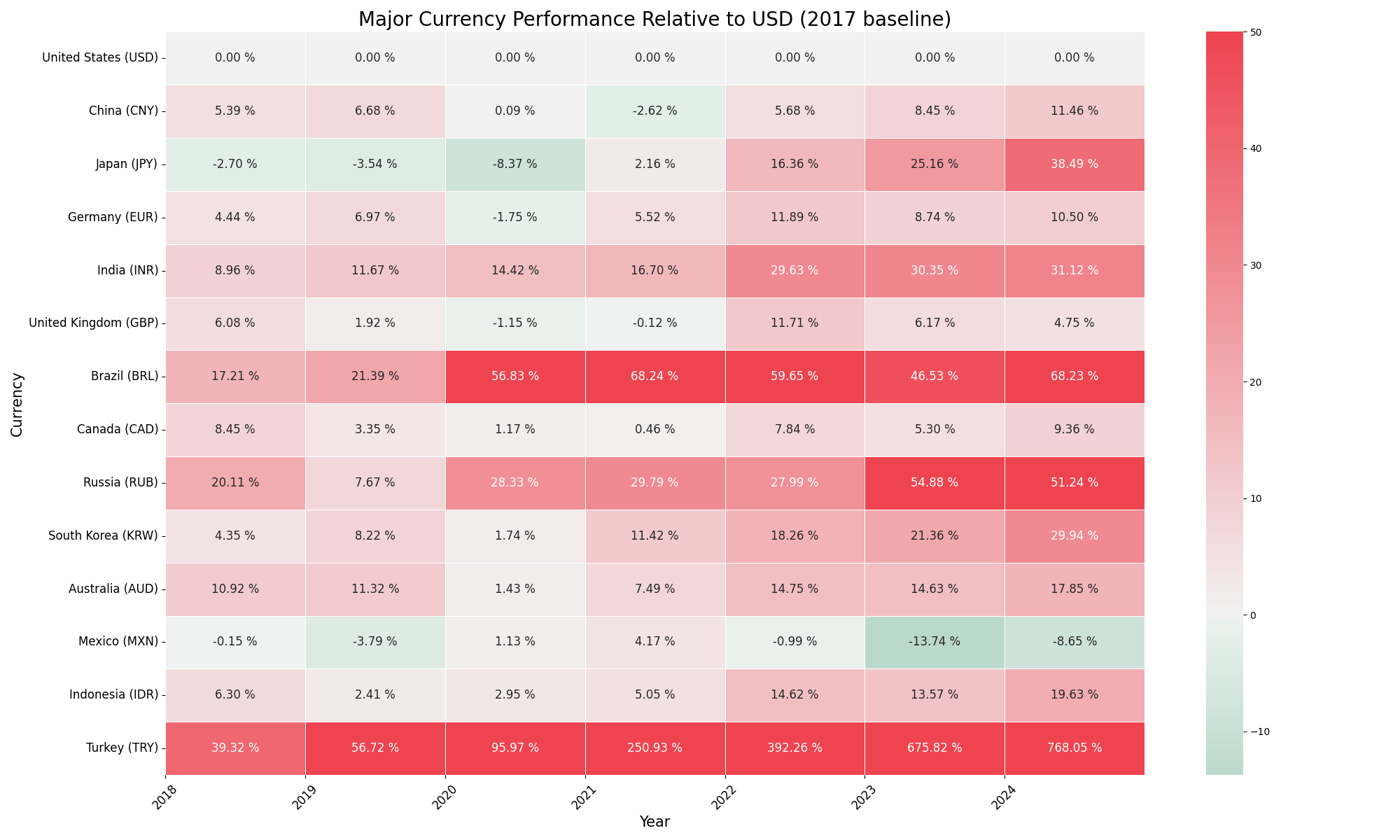
Repository: Lukeshirley/Global_Currencies_vs_USD
Script's output: python visualize_data.py
These files come from the project's save history. The script's output is drawn as it stood at one moment and after the next save; the edit follows.
Figures wider than 1,400 px are first shrunk to that width. Random numbers start from a fixed seed.

Above is the script's output before, as saved 2024-07-23 08:48:53.

### visualize_data.py
import pandas as pd
import seaborn as sns
import matplotlib.pyplot as plt

def format_for_heatmap(value):
    try:
        return float(value.replace('%', ''))
    except:
        return 0

def visualize_performance():
    df = pd.read_csv('currency_performance.csv')

    # List of top 15 countries by GDP and their currencies
    major_currencies = {
        'USD': 'United States',
        'CNY': 'China',
        'JPY': 'Japan',
        'EUR': 'Germany',
        'INR': 'India',
        'GBP': 'United Kingdom',
        'BRL': 'Brazil',
        'CAD': 'Canada',
        'RUB': 'Russia',
        'KRW': 'South Korea',
        'AUD': 'Australia',
        'MXN': 'Mexico',
        'IDR': 'Indonesia',
        'TRY': 'Turkey'
    }

    # Ensure the DataFrame is using the correct index
    df.set_index('currency', inplace=True)

    # Filter only those currencies that are available in the dataset
    available_major_currencies = {k: v for k, v in major_currencies.items() if k in df.columns}

    # Filter the DataFrame to include only the major currencies
    df_filtered = df[available_major_currencies.keys()]

    # Rename the columns to include country names
    df_filtered.columns = [f"{country} ({currency})" for currency, country in available_major_currencies.items()]

    # Transpose the DataFrame for proper visualization
    df_filtered = df_filtered.T

    # Convert the percentage values for heatmap visualization
    df_filtered_values = df_filtered.applymap(format_for_heatmap)

    plt.figure(figsize=(20, 12))
    cmap = sns.diverging_palette(150, 10, s=80, l=55, n=9, as_cmap=True)  # Green and Red
    sns.heatmap(df_filtered_values, annot=df_filtered, cmap=cmap, fmt="", linewidths=.5, cbar=True, annot_kws={"size": 12}, center=0, vmax=50)
    plt.title('Major Currency Performance Relative to USD (2017 baseline)', fontsize=20)
    plt.xlabel('Year', fontsize=15)
    plt.ylabel('Currency', fontsize=15)
    plt.xticks(ticks=range(len(df_filtered.columns)), labels=[d[:4] for d in df_filtered.columns], rotation=45, fontsize=12)
    plt.yticks(fontsize=12)
    plt.tight_layout()
    plt.savefig('major_currency_performance_matrix.png', dpi=300)
    plt.show()

def main():
    visualize_performance()

if __name__ == "__main__":
    main()

### currency_performance.csv
currency,AED,AFN,ALL,AMD,ANG,AOA,ARS,AUD,AWG,AZN,BAM,BBD,BDT,BGN,BHD,BIF,BMD,BND,BOB,BRL,BSD,BTC,BTN,BWP,BYN,BZD,CAD,CDF,CHF,CLF,CLP,CNH,CNY,COP,CRC,CUC,CUP,CVE,CZK,DJF,DKK,DOP,DZD,EGP,ERN,ETB,EUR,FJD,FKP,GBP,GEL,GGP,GHS,GIP,GMD,GNF,GTQ,GYD,HKD,HNL,HRK,HTG,HUF,IDR,ILS,IMP,INR,IQD,IRR,ISK,JEP,JMD,JOD,JPY,KES,KGS,KHR,KMF,KPW,KRW,KWD,KYD,KZT,LAK,LBP,LKR,LRD,LSL,LYD,MAD,MDL,MGA,MKD,MMK,MNT,MOP,MRO,MRU,MUR,MVR,MWK,MXN,MYR,MZN,NAD,NGN,NIO,NOK,NPR,NZD,OMR,PAB,PEN,PGK,PHP,PKR,PLN,PYG,QAR,RON,RSD,RUB,RWF,SAR,SBD,SCR,SDG,SEK,SGD,SHP,SLL,SOS,SRD,SSP,STD,STN,SVC,SYP,SZL,THB,TJS,TMT,TND,TOP,TRY,TTD,TWD,TZS,UAH,UGX,USD,UYU,UZS,VEF,VES,VND,VUV,WST,XAF,XAG,XAU,XCD,XDR,XOF,XPD,XPF,XPT,YER,ZAR,ZMW,ZWL
2018-12-31,-0.00 %,8.54 %,-2.59 %,0.46 %,-0.37 %,85.99 %,96.38 %,10.92 %,0.56 %,0.15 %,4.86 %,0.00 %,1.18 %,4.86 %,0.03 %,2.32 %,0.00 %,18.14 %,-0.17 %,17.21 %,0.00 %,274.37 %,9.47 %,9.15 %,9.64 %,0.48 %,8.45 %,2.64 %,1.17 %,5.05 %,12.86 %,5.52 %,5.39 %,8.40 %,6.96 %,0.00 %,0.98 %,4.73 %,5.36 %,-0.31 %,4.96 %,4.62 %,3.04 %,0.60 %,-1.58 %,3.32 %,4.44 %,5.06 %,6.08 %,6.08 %,3.30 %,6.08 %,7.18 %,6.08 %,3.75 %,1.48 %,5.33 %,1.33 %,0.22 %,3.31 %,4.38 %,21.21 %,8.16 %,6.30 %,7.60 %,6.08 %,8.96 %,0.24 %,18.15 %,12.46 %,6.08 %,2.46 %,-0.13 %,-2.70 %,-1.22 %,-1.08 %,-0.73 %,4.92 %,0.00 %,4.35 %,0.64 %,0.19 %,15.71 %,2.87 %,-0.07 %,19.39 %,25.36 %,16.68 %,2.45 %,2.18 %,0.07 %,7.04 %,4.96 %,14.34 %,1.27 %,0.42 %,0.64 %,3.56 %,2.24 %,0.39 %,7.11 %,-0.15 %,1.75 %,3.47 %,16.35 %,1.47 %,5.40 %,5.27 %,9.46 %,5.64 %,0.05 %,0.00 %,4.34 %,5.18 %,4.92 %,26.50 %,7.38 %,6.89 %,0.05 %,4.48 %,4.72 %,20.11 %,3.84 %,0.03 %,6.12 %,-2.85 %,579.82 %,9.16 %,1.90 %,6.08 %,9.66 %,-1.08 %,0.00 %,0.00 %,2.89 %,4.97 %,0.18 %,0.07 %,16.23 %,-0.87 %,6.93 %,-0.28 %,20.29 %,0.50 %,39.32 %,1.23 %,3.09 %,3.03 %,-1.39 %,2.10 %,0.00 %,12.55 %,2.93 %,2488503.85 %,nan %,1.83 %,5.07 %,2.94 %,4.44 %,9.27 %,1.56 %,0.00 %,2.08 %,4.44 %,-16.07 %,4.44 %,16.85 %,-0.01 %,16.02 %,19.47 %,0.00 %
2019-12-31,0.01 %,12.36 %,-2.03 %,-0.90 %,-5.34 %,190.63 %,212.42 %,11.32 %,0.56 %,0.15 %,6.90 %,0.00 %,2.67 %,7.01 %,0.06 %,7.02 %,0.00 %,0.99 %,-0.31 %,21.39 %,0.00 %,93.37 %,11.92 %,7.80 %,6.71 %,0.41 %,3.35 %,5.70 %,-0.67 %,16.03 %,20.29 %,6.86 %,6.68 %,10.05 %,1.13 %,0.00 %,0.98 %,7.00 %,6.53 %,-0.32 %,7.41 %,9.55 %,3.83 %,-9.77 %,-1.62 %,16.81 %,6.97 %,5.23 %,1.92 %,1.92 %,10.24 %,1.92 %,25.80 %,1.92 %,7.53 %,6.07 %,4.96 %,1.18 %,-0.32 %,4.40 %,7.13 %,49.15 %,14.08 %,2.41 %,-0.60 %,1.92 %,11.67 %,0.33 %,18.15 %,17.23 %,1.92 %,6.52 %,-0.21 %,-3.54 %,-1.75 %,0.06 %,0.51 %,6.86 %,0.00 %,8.22 %,0.57 %,0.12 %,15.22 %,6.94 %,0.14 %,18.28 %,49.50 %,13.72 %,2.97 %,2.27 %,0.49 %,13.32 %,6.98 %,9.16 %,11.46 %,-0.24 %,0.64 %,7.42 %,8.35 %,0.32 %,1.71 %,-3.79 %,0.72 %,4.21 %,13.39 %,1.14 %,9.66 %,7.45 %,12.09 %,5.67 %,0.05 %,0.00 %,2.37 %,6.27 %,1.29 %,40.09 %,9.24 %,15.57 %,0.04 %,9.72 %,6.38 %,7.67 %,10.47 %,0.02 %,6.98 %,-2.46 %,544.30 %,14.46 %,0.85 %,1.92 %,-2.13 %,-1.05 %,0.00 %,-0.00 %,5.39 %,7.53 %,0.12 %,-0.02 %,13.35 %,-8.70 %,9.90 %,-0.28 %,12.94 %,0.94 %,56.72 %,0.59 %,0.84 %,2.93 %,-15.72 %,0.80 %,0.00 %,29.24 %,17.23 %,2488503.85 %,nan %,2.11 %,9.02 %,3.71 %,6.97 %,-5.21 %,-14.13 %,0.00 %,2.87 %,6.97 %,-45.37 %,6.97 %,-3.55 %,0.01 %,13.19 %,40.93 %,-0.11 %
2020-12-31,0.00 %,11.21 %,-9.09 %,8.21 %,0.69 %,294.25 %,338.94 %,1.43 %,0.56 %,0.15 %,-2.22 %,0.00 %,2.37 %,-1.80 %,0.04 %,10.45 %,0.00 %,-0.95 %,-0.60 %,56.83 %,0.00 %,-52.16 %,14.56 %,10.08 %,32.17 %,0.41 %,1.17 %,23.58 %,-9.35 %,11.71 %,15.58 %,-0.13 %,0.09 %,15.17 %,7.94 %,-0.02 %,0.98 %,-1.79 %,0.90 %,-0.33 %,-1.80 %,20.37 %,15.15 %,-11.44 %,-1.61 %,43.81 %,-1.75 %,0.88 %,-1.15 %,-1.15 %,26.62 %,-1.15 %,29.62 %,-1.15 %,8.59 %,10.95 %,6.19 %,1.18 %,-0.77 %,2.49 %,-0.19 %,13.80 %,14.71 %,2.95 %,-7.54 %,-1.15 %,14.42 %,23.00 %,18.15 %,23.72 %,-1.15 %,14.93 %,-0.21 %,-8.37 %,5.77 %,19.13 %,-0.47 %,-1.87 %,0.00 %,1.74 %,0.88 %,0.12 %,26.81 %,11.90 %,0.23 %,20.81 %,30.88 %,19.05 %,-1.36 %,-4.92 %,0.29 %,18.88 %,-2.09 %,-1.78 %,17.96 %,-0.67 %,0.64 %,3.08 %,18.32 %,-0.00 %,6.27 %,1.13 %,-0.27 %,26.79 %,18.78 %,7.89 %,13.22 %,4.77 %,14.56 %,-1.25 %,0.03 %,0.00 %,11.79 %,10.16 %,-3.90 %,44.88 %,6.79 %,23.88 %,0.05 %,2.46 %,-2.31 %,28.33 %,16.10 %,0.02 %,3.09 %,50.95 %,688.07 %,0.60 %,-1.16 %,-1.15 %,31.93 %,-0.91 %,89.78 %,-0.00 %,-0.33 %,-0.65 %,0.12 %,-0.33 %,18.61 %,-7.79 %,28.50 %,-0.28 %,9.67 %,0.45 %,95.97 %,0.60 %,-5.28 %,3.86 %,0.77 %,0.55 %,0.00 %,46.68 %,29.19 %,2488503.85 %,nan %,2.17 %,3.23 %,-0.52 %,-1.75 %,-35.84 %,-31.37 %,0.00 %,-1.26 %,-1.75 %,-56.71 %,-1.75 %,-13.27 %,0.03 %,18.45 %,111.96 %,-0.11 %
2021-12-31,0.00 %,49.26 %,-3.76 %,-0.63 %,1.13 %,231.83 %,436.13 %,7.49 %,0.56 %,0.00 %,6.07 %,0.00 %,3.71 %,5.71 %,0.03 %,13.95 %,0.00 %,1.22 %,-0.41 %,68.24 %,0.00 %,-70.20 %,16.63 %,19.83 %,29.40 %,0.45 %,0.46 %,25.55 %,-6.39 %,33.96 %,38.60 %,-2.31 %,-2.62 %,35.71 %,13.57 %,0.00 %,0.98 %,5.75 %,2.79 %,-0.46 %,5.41 %,18.72 %,21.03 %,-11.60 %,-1.61 %,79.63 %,5.52 %,4.25 %,-0.12 %,-0.12 %,19.30 %,-0.12 %,35.73 %,-0.12 %,10.67 %,3.44 %,5.17 %,1.17 %,-0.23 %,3.33 %,6.76 %,57.17 %,25.45 %,5.05 %,-10.55 %,-0.12 %,16.70 %,22.88 %,18.63 %,25.64 %,-0.12 %,23.80 %,-0.18 %,2.16 %,9.69 %,22.06 %,0.26 %,5.90 %,0.00 %,11.42 %,0.35 %,0.16 %,30.94 %,34.65 %,0.15 %,32.36 %,15.65 %,29.34 %,238.50 %,-0.76 %,3.85 %,21.58 %,6.24 %,31.56 %,18.07 %,-0.04 %,nan %,6.70 %,29.95 %,-0.00 %,12.28 %,4.17 %,2.83 %,8.22 %,28.97 %,14.68 %,14.93 %,7.43 %,16.63 %,3.79 %,0.04 %,0.00 %,23.21 %,9.71 %,2.07 %,61.23 %,15.83 %,23.27 %,0.04 %,11.94 %,4.93 %,29.79 %,18.94 %,0.10 %,4.27 %,-1.59 %,6143.17 %,10.58 %,0.84 %,-0.12 %,47.83 %,-0.27 %,179.00 %,-0.00 %,3.46 %,7.29 %,0.16 %,387.87 %,28.89 %,2.06 %,28.23 %,0.00 %,17.05 %,0.48 %,250.93 %,1.09 %,-6.57 %,3.30 %,-2.93 %,-2.46 %,0.00 %,55.27 %,33.44 %,nan %,nan %,0.30 %,6.99 %,2.66 %,5.52 %,-27.40 %,-28.77 %,0.00 %,1.59 %,5.52 %,-44.03 %,5.52 %,-3.92 %,-0.03 %,28.86 %,66.88 %,-0.11 %
2022-12-31,-0.01 %,25.88 %,-3.31 %,-18.53 %,1.12 %,203.57 %,824.80 %,14.75 %,0.56 %,0.00 %,12.61 %,0.00 %,24.78 %,12.14 %,-0.07 %,17.28 %,0.00 %,0.87 %,-0.21 %,59.65 %,0.00 %,-16.01 %,29.50 %,30.37 %,27.72 %,0.44 %,7.84 %,27.27 %,-5.07 %,33.41 %,37.99 %,6.37 %,5.68 %,61.71 %,3.31 %,0.00 %,0.98 %,12.31 %,6.06 %,-0.60 %,12.00 %,16.39 %,19.61 %,39.10 %,-1.61 %,96.07 %,11.89 %,8.96 %,11.71 %,11.71 %,4.07 %,11.71 %,84.23 %,11.71 %,29.98 %,-2.72 %,6.93 %,1.21 %,-0.01 %,4.60 %,13.74 %,129.90 %,44.25 %,14.62 %,1.47 %,11.71 %,29.63 %,22.92 %,17.44 %,37.02 %,11.71 %,21.96 %,-0.17 %,16.36 %,19.72 %,23.36 %,1.45 %,12.07 %,0.00 %,18.26 %,1.31 %,0.15 %,39.30 %,108.77 %,0.77 %,137.91 %,23.09 %,37.93 %,255.06 %,11.63 %,11.92 %,37.37 %,12.62 %,55.36 %,40.62 %,-0.12 %,nan %,4.99 %,31.01 %,0.03 %,41.31 %,-0.99 %,8.46 %,8.22 %,37.54 %,24.74 %,18.17 %,19.05 %,29.50 %,11.85 %,0.04 %,0.00 %,17.48 %,9.56 %,11.44 %,104.92 %,25.77 %,31.36 %,0.03 %,18.84 %,11.08 %,27.99 %,25.38 %,0.23 %,6.65 %,-4.56 %,8062.50 %,27.41 %,0.24 %,11.71 %,130.89 %,-2.75 %,326.51 %,-0.00 %,11.56 %,13.89 %,0.15 %,387.88 %,37.45 %,6.17 %,15.69 %,-0.28 %,27.15 %,3.42 %,392.26 %,1.13 %,3.36 %,4.47 %,31.10 %,2.34 %,0.00 %,38.82 %,38.44 %,nan %,nan %,4.13 %,11.58 %,6.46 %,11.89 %,-29.36 %,-28.57 %,0.00 %,7.03 %,11.89 %,-40.68 %,11.89 %,-13.23 %,-0.01 %,37.52 %,81.37 %,-0.11 %
2023-12-31,-0.00 %,1.82 %,-15.45 %,-16.16 %,1.31 %,400.15 %,4133.16 %,14.63 %,0.56 %,0.00 %,8.58 %,0.00 %,33.00 %,8.67 %,0.19 %,62.32 %,0.00 %,-0.89 %,-0.02 %,46.53 %,0.00 %,-67.17 %,30.70 %,36.85 %,67.37 %,0.62 %,5.30 %,71.49 %,-13.65 %,39.07 %,43.36 %,9.42 %,8.45 %,30.20 %,-7.93 %,0.00 %,0.98 %,8.18 %,5.17 %,-0.10 %,8.87 %,20.23 %,17.16 %,74.26 %,-1.61 %,106.01 %,8.74 %,7.70 %,6.17 %,6.17 %,3.49 %,6.17 %,164.57 %,6.17 %,41.27 %,-4.44 %,6.79 %,1.47 %,-0.06 %,4.69 %,10.26 %,107.05 %,34.16 %,13.57 %,3.70 %,6.17 %,30.35 %,10.35 %,18.15 %,31.61 %,6.17 %,24.44 %,-0.13 %,25.16 %,52.43 %,28.26 %,0.83 %,8.40 %,0.00 %,21.36 %,2.04 %,0.34 %,37.78 %,147.64 %,896.78 %,111.66 %,50.20 %,50.15 %,251.18 %,5.98 %,1.28 %,41.37 %,8.73 %,55.65 %,42.39 %,0.31 %,nan %,12.53 %,31.45 %,-0.00 %,132.11 %,-13.74 %,13.20 %,8.30 %,49.72 %,149.88 %,19.05 %,23.96 %,30.70 %,12.39 %,0.11 %,0.00 %,14.29 %,17.46 %,10.89 %,152.71 %,12.81 %,30.74 %,0.11 %,15.88 %,7.62 %,54.88 %,47.83 %,0.04 %,8.55 %,-3.91 %,8476.33 %,23.26 %,-1.34 %,6.17 %,174.08 %,-2.33 %,392.70 %,-0.00 %,8.91 %,8.55 %,0.33 %,387.88 %,49.49 %,5.85 %,24.42 %,0.00 %,24.72 %,2.95 %,675.82 %,1.19 %,3.46 %,12.87 %,35.51 %,4.18 %,0.00 %,35.77 %,52.42 %,nan %,nan %,6.90 %,12.22 %,10.51 %,8.74 %,-28.85 %,-36.95 %,0.00 %,6.31 %,8.74 %,-3.31 %,8.74 %,-6.39 %,-0.04 %,47.80 %,158.21 %,-0.11 %
2024-07-23,0.00 %,1.70 %,-16.89 %,-19.72 %,1.11 %,425.93 %,4733.06 %,17.85 %,0.70 %,0.00 %,10.23 %,0.00 %,42.12 %,10.41 %,0.03 %,63.71 %,0.00 %,0.83 %,-0.22 %,68.23 %,0.00 %,-79.25 %,31.20 %,38.06 %,65.58 %,0.43 %,9.36 %,77.20 %,-8.50 %,48.45 %,53.59 %,11.89 %,11.46 %,35.55 %,-6.30 %,0.00 %,0.98 %,9.82 %,9.71 %,-0.29 %,10.74 %,22.42 %,17.35 %,172.12 %,-1.61 %,111.21 %,10.50 %,10.29 %,4.75 %,4.75 %,4.95 %,4.75 %,240.96 %,4.75 %,42.20 %,-4.42 %,5.71 %,1.19 %,-0.08 %,4.87 %,12.05 %,106.84 %,38.74 %,19.63 %,4.28 %,4.75 %,31.12 %,10.23 %,18.12 %,33.44 %,4.75 %,25.69 %,-0.24 %,38.49 %,28.44 %,21.80 %,1.20 %,10.25 %,0.00 %,29.94 %,1.41 %,0.13 %,42.44 %,166.92 %,5827.69 %,98.26 %,55.39 %,47.89 %,254.83 %,5.03 %,3.78 %,38.73 %,10.38 %,55.20 %,40.25 %,0.04 %,nan %,12.77 %,38.82 %,-0.33 %,139.16 %,-8.65 %,15.03 %,8.30 %,47.45 %,347.36 %,19.48 %,34.06 %,31.19 %,19.05 %,0.01 %,0.00 %,15.48 %,21.95 %,17.13 %,151.72 %,13.02 %,35.56 %,0.22 %,17.78 %,9.40 %,51.24 %,55.43 %,0.02 %,8.96 %,-3.20 %,8262.28 %,31.23 %,0.60 %,4.75 %,174.08 %,-2.42 %,293.47 %,-0.00 %,8.91 %,9.97 %,0.11 %,387.88 %,47.44 %,11.33 %,20.83 %,0.00 %,26.12 %,4.81 %,768.05 %,1.03 %,10.60 %,20.50 %,47.05 %,1.65 %,0.00 %,39.94 %,55.52 %,nan %,nan %,11.69 %,12.22 %,10.51 %,10.50 %,-41.73 %,-45.89 %,0.00 %,7.41 %,10.50 %,18.43 %,10.50 %,-2.41 %,0.01 %,48.25 %,159.61 %,-0.11 %

After the next save:
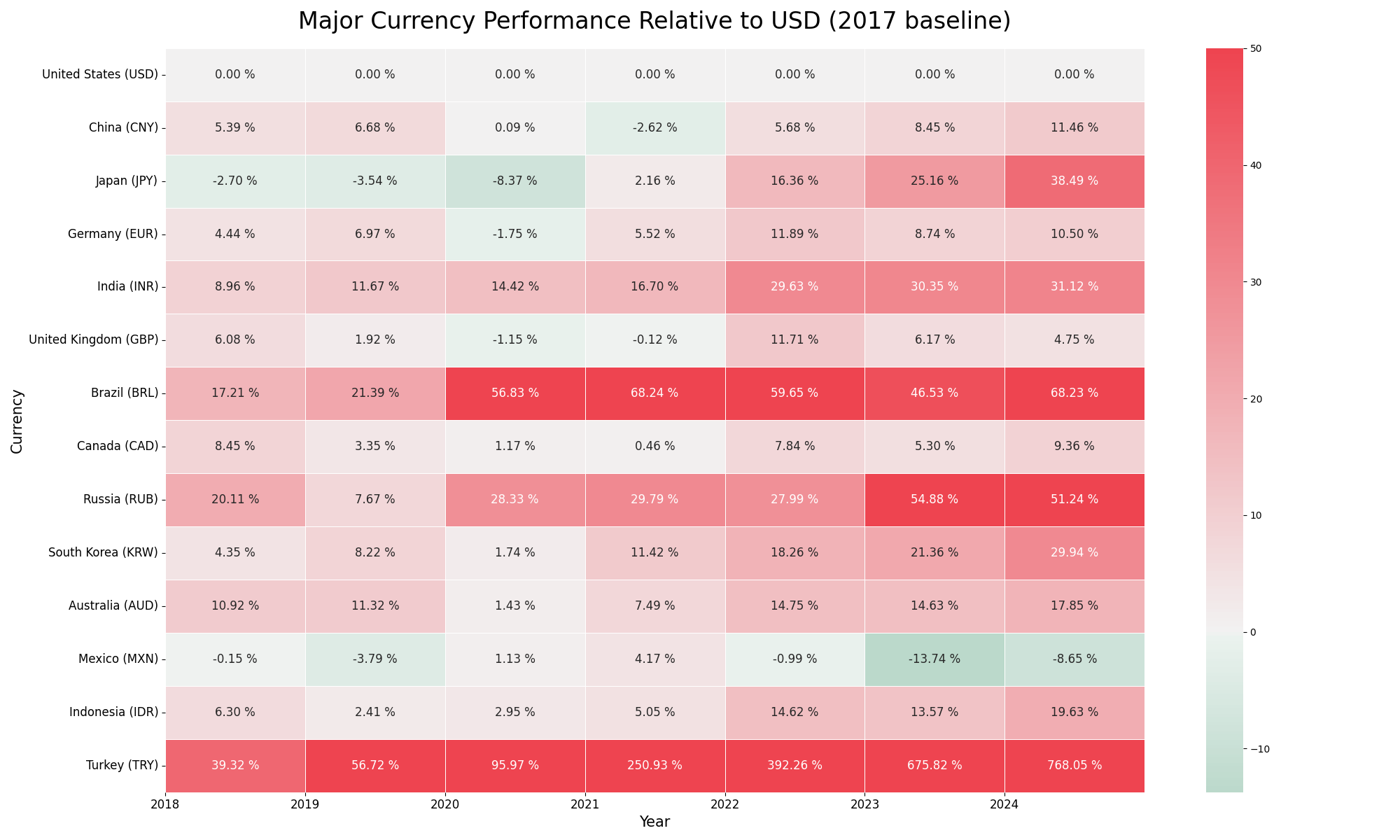
Saved 6 min 4 s later.
--- a/visualize_data.py
+++ b/visualize_data.py
@@ -50,10 +50,10 @@ def visualize_performance():
     plt.figure(figsize=(20, 12))
     cmap = sns.diverging_palette(150, 10, s=80, l=55, n=9, as_cmap=True)  # Green and Red
     sns.heatmap(df_filtered_values, annot=df_filtered, cmap=cmap, fmt="", linewidths=.5, cbar=True, annot_kws={"size": 12}, center=0, vmax=50)
-    plt.title('Major Currency Performance Relative to USD (2017 baseline)', fontsize=20)
+    plt.title('Major Currency Performance Relative to USD (2017 baseline)', fontsize=24, pad=20)
     plt.xlabel('Year', fontsize=15)
     plt.ylabel('Currency', fontsize=15)
-    plt.xticks(ticks=range(len(df_filtered.columns)), labels=[d[:4] for d in df_filtered.columns], rotation=45, fontsize=12)
+    plt.xticks(ticks=range(len(df_filtered.columns)), labels=[d[:4] for d in df_filtered.columns], rotation=0, ha='center', fontsize=12)
     plt.yticks(fontsize=12)
     plt.tight_layout()
     plt.savefig('major_currency_performance_matrix.png', dpi=300)
